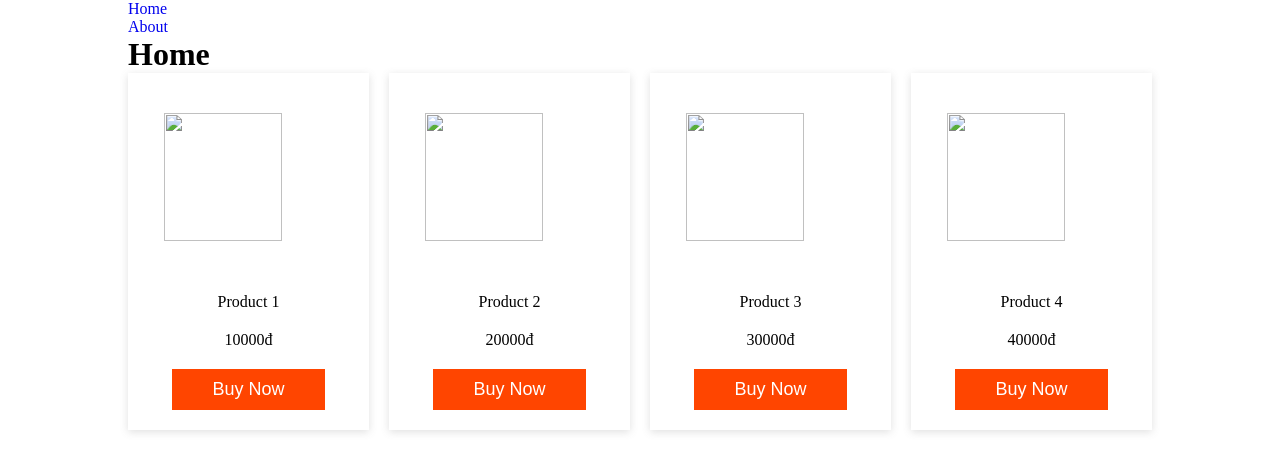
Repository: tuankiet10920/vuejs
Page: /
The author's editor kept a copy of each file at every save. The page is drawn from the files as they stood at one save, then again after the next save.
The browser window is 1280 px wide. The pictures show the whole page.
The project was rebuilt for these pictures with package versions that can differ from the ones it lists, and the page was loaded fresh each time. Also part of the build but not shown: vite.config.js.

Above is the page before, as saved 2024-08-23 11:38:13.

After the next save:
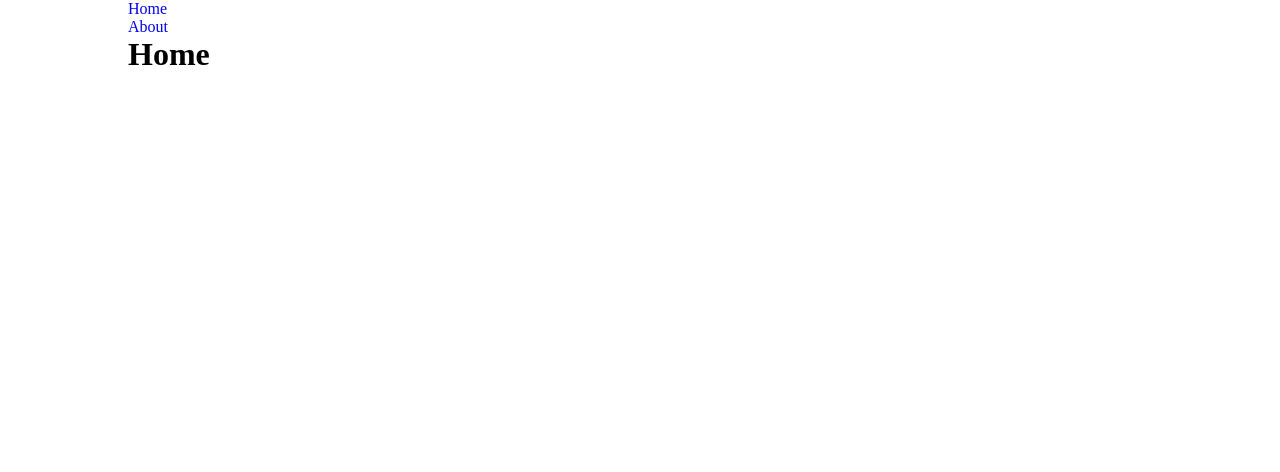
Console error: ReferenceError: image is not defined
Saved 13 s later.
--- a/src/components/product.vue
+++ b/src/components/product.vue
@@ -9,7 +9,7 @@
     });
 
     // let srcImage ='"' +  "../../public/img/" + image + '"';
-    // console.log(srcImage);
+    console.log(image);
 
 </script>
 

After the save that followed:
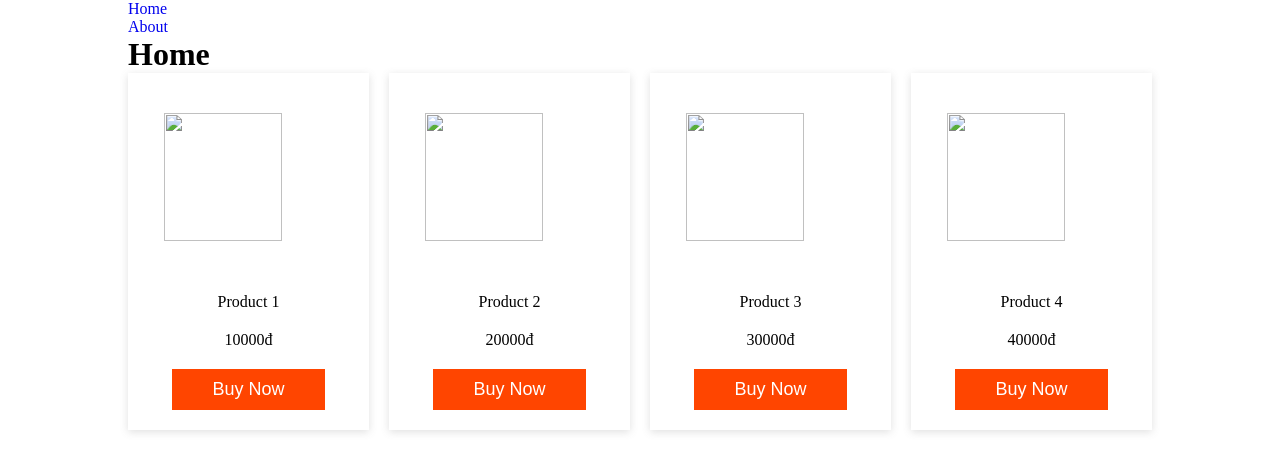
The error is gone.
Saved 83 s later.
--- a/src/components/product.vue
+++ b/src/components/product.vue
@@ -9,7 +9,7 @@
     });
 
     // let srcImage ='"' +  "../../public/img/" + image + '"';
-    console.log(image);
+    console.log(props.image);
 
 </script>
 
